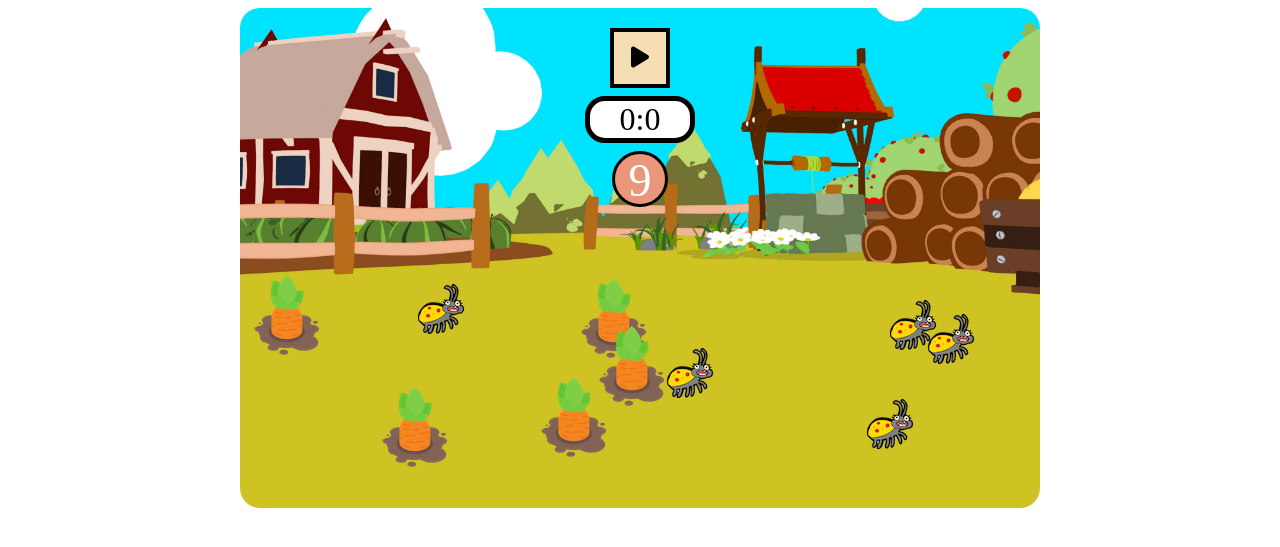
Repository: rumor1993/DreamCoding-Browser101
Page: Chapter07/ellie/index.html
The author's editor kept a copy of each file at every save. The page is drawn from the files as they stood at one save, then again after the next save.
The browser window is 1280 px wide. The pictures show the whole page.
Some web libraries are served in a nearby version.

Above is the page before, as saved 2021-01-03 22:06:50.

After the next save:
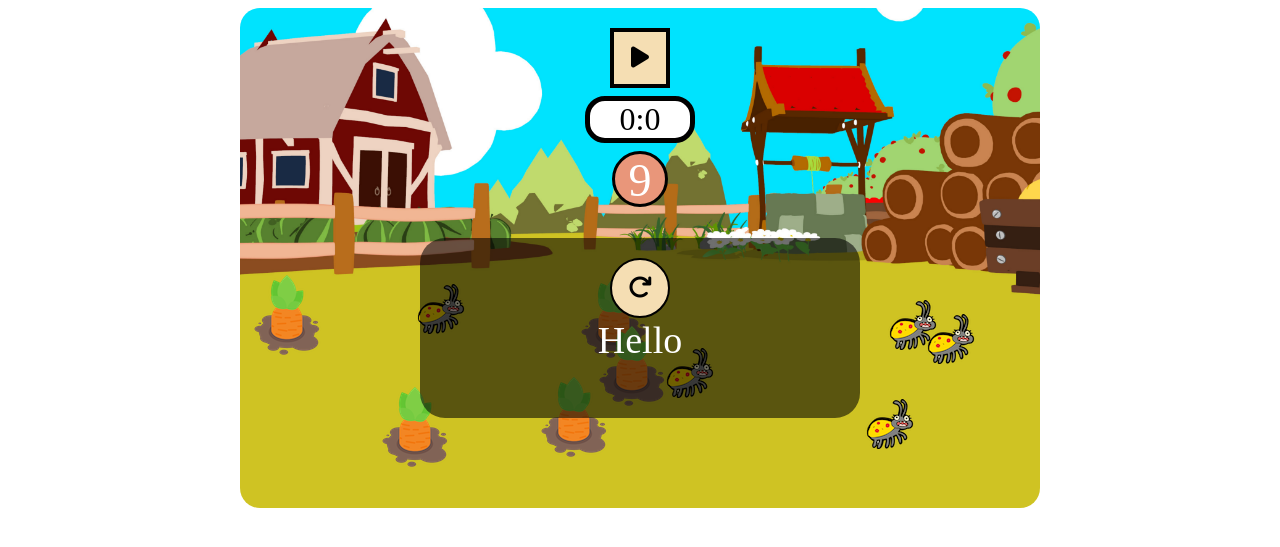
Console error: ReferenceError: startTimer is not defined
Saved 13 s later.
--- a/Chapter07/ellie/index.js
+++ b/Chapter07/ellie/index.js
@@ -10,7 +10,7 @@ window.addEventListener("load", () => {
   function initGame() {
     addItem("carrot", 5, "../carrot/img/carrot.png");
     addItem("bug", 5, "../carrot/img/bug.png");
-
+    startTimer();
     gamePopup.setAttribute("class", "pop-up-hide");
   }
 

After the save that followed:
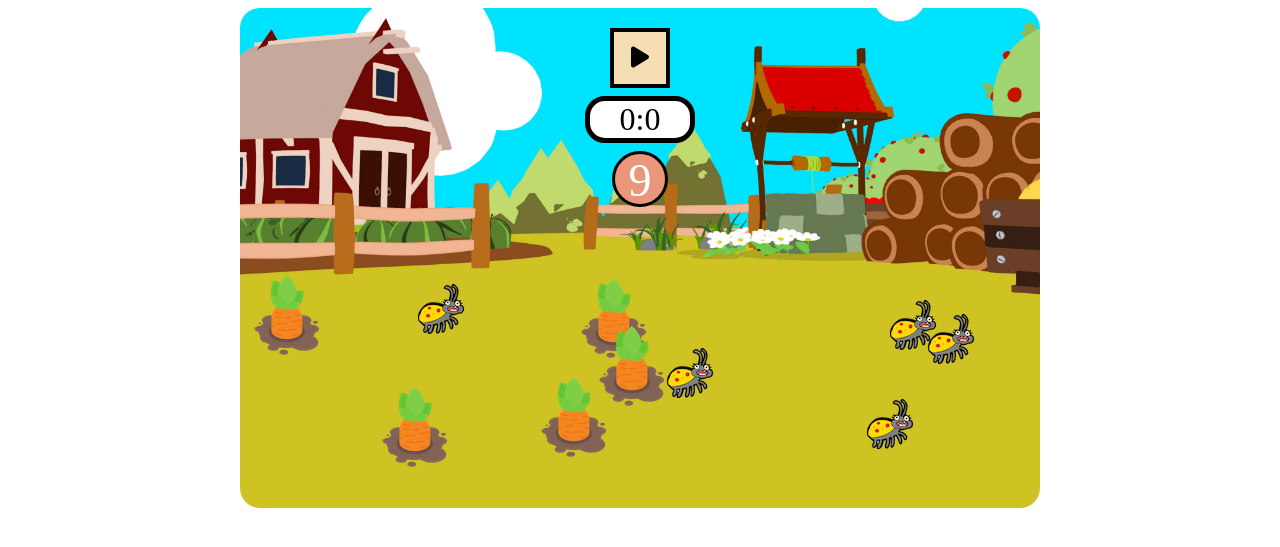
The error is gone.
Saved 2 min 14 s later.
--- a/Chapter07/ellie/index.js
+++ b/Chapter07/ellie/index.js
@@ -2,6 +2,7 @@ window.addEventListener("load", () => {
   const itemSize = 80;
   const gameField = document.querySelector(".game-field");
   const gamePopup = document.querySelector(".pop-up");
+  const gameTimer = document.querySelector(".game-timer");
   const fieldRect = gameField.getBoundingClientRect();
   let carrotCount = 10;
 
@@ -37,5 +38,5 @@ window.addEventListener("load", () => {
     return Math.random() * (max - min) + min;
   }
 
-  function startGame() {}
+  function startTimer(second) {}
 });
